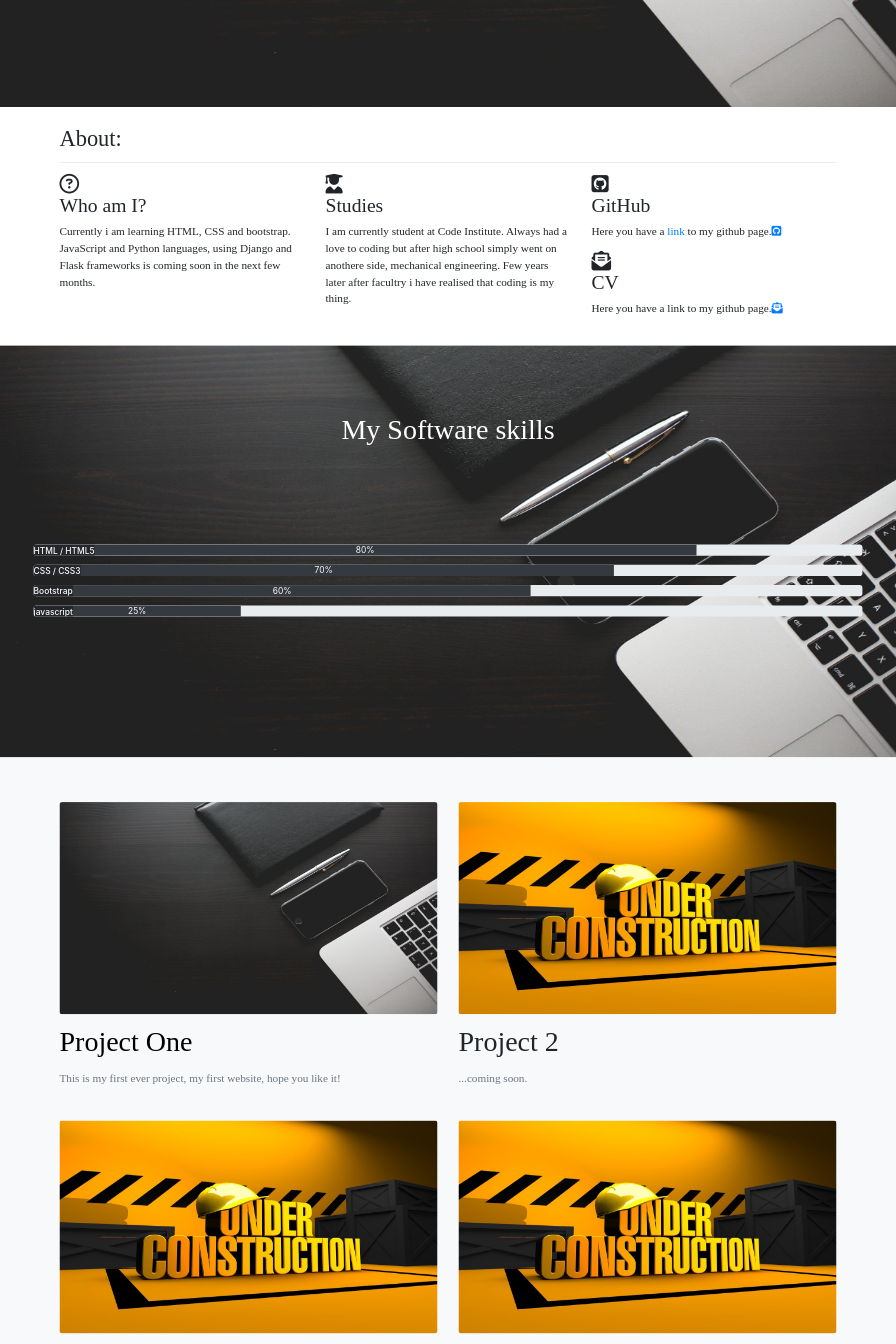
Repository: Kraljiccar/User-Centric-Frontend-Development-Milestone-Project
Page: index.html
The author's editor kept a record of every edit. The page is drawn from the files as they stood at one moment, then again after the next edit.
The browser window is 1280 px wide. The pictures show the part of the page from y = 567 to 2487 px (the page is 3403 px tall), at 70% of full size.
Backgrounds fixed to the window are drawn as part of the page. Some web fonts or font styles are not loaded; a fallback is used. Some web libraries are served in a nearby version.

Above is the page before.

### index.html
<!DOCTYPE html>
<html lang="en-US">

<head>
    <meta charset="UTF-8">
    <meta name="viewport" content="width=device-width, initial-scale=1.0">
    <meta http-equiv="X-UA-Compatible" content="ie=edge">
    <link rel="stylesheet" href="./assets/css/style.css" type="text/css" />
    <script src="https://kit.fontawesome.com/34f2385a53.js" crossorigin="anonymous"></script>
    <link rel="stylesheet" href="https://stackpath.bootstrapcdn.com/bootstrap/4.3.1/css/bootstrap.min.css" integrity="sha384-ggOyR0iXCbMQv3Xipma34MD+dH/1fQ784/j6cY/iJTQUOhcWr7x9JvoRxT2MZw1T" crossorigin="anonymous">
    <link rel="stylesheet" href="https://stackpath.bootstrapcdn.com/font-awesome/4.7.0/css/font-awesome.min.css" type="text/css" />

    <title>Nemanja Kraljic</title>
</head>

<body data-spy="scroll" data-target="#navbarResponsive">
    <nav class="navbar navbar-expand-sm transparent navbar-dark p-2 fixed-top">
        <div class="container">
  <button class="navbar-toggler" type="button" data-toggle="collapse" data-target="#navbarTogglerDemo03" aria-controls="navbarTogglerDemo03" aria-expanded="false" aria-label="Toggle navigation">
    <span class="navbar-toggler-icon"></span>
  </button>


  <div class="collapse navbar-collapse justify-content-end  " id="navbarTogglerDemo03">

    <ul class="nav navbar-nav navbar-right">
      <li class="nav-item">
        <a class="nav-link" href="#banner">Home <span class="sr-only">(current)</span></a>
      </li>
      <li class="nav-item">
        <a class="nav-link" href="#about-me">About me</a>
      </li>
       <li class="nav-item">
        <a class="nav-link" href="#skills">My skills</a>
      </li>
       <li class="nav-item">
        <a class="nav-link" href="#projects">My projects</a>
      </li>
       <li class="nav-item">
        <a class="nav-link" href="#contact">Contact me</a>
      </li>

    </ul>
    </div>
  </div>
</nav>
    <section id="banner">
        <div class="container">
            <div class="row max-viewport align-items-center text-center">
                <div class="col-md-6 ">
                    <h1 class="text-white text-uppercase fonts">Nemanja Kraljic</h1>
                    <h3 class="text-white fonts">-Software developer-</h2>

                </div>
            </div>
        </div>
    </section>
    <!-----about me----->
    <section id="about-me">
        <div class="container-wrapper fonts">
    <div class="container features-container content-container">
        <section class="about">
            <div class="row">
                <div class="col-12 page-header">
                    <h2>About:</h2>
                    <hr class="block-devider block-devider-short block-devider--white">
                </div>
            </div>
            <div class="row">
                <div class="col-12 col-md-4 col-lg-4">
                    <div class="feature">
                        <h3><i class="far fa-question-circle d-none d-sm-block"> </i>Who am I?</h3>
                       <p>Currently i am learning HTML, CSS and bootstrap. JavaScript and Python languages, using Django and Flask frameworks is coming soon in the next few months.</p>
                    </div>
                </div>
                <div class="col-12 col-md-4 col-lg-4">
                    <div class="feature">
                        <h3><i class="fas fa-user-graduate d-none d-sm-block"> </i>Studies</h3>
                         <p>I am currently student at Code Institute. Always had a love to coding but after high school simply went on anothere side, mechanical engineering. Few years later after facultry i have realised that coding is my thing.</p>


                    </div>
                </div>
                <div class="col-12 col-md-4 col-lg-4">
                    <div class="feature">
                        <h3><i class="fab fa-github-square d-none d-sm-block"> </i>GitHub</h3>
                        <p>Here you have a <a href="https://github.com/Kraljiccar" target="_blank">link</a> to my github page.<span><a href="https://github.com/Kraljiccar" target="_blank"><i class="fab fa-github-square"></i></a></span></p>

                        <h3><i class="fas fa-envelope-open-text d-none d-sm-block"> </i>CV</h3>
                        <p>Here you have a link to my github page.<span><a href="https://github.com/Kraljiccar" target="_blank"><i class="fas fa-envelope-open-text "></i></a></span></p>

                    </div>
                </div>
            </div>

    </div>
    </div>
    </section>
    <!-----skills---->
    <section id="skills" class="p-5">
        <div class="naslov fonts">
            <h1 class="mb-5 mt-5"> My Software skills</h1>
        </div>
       <div class="row progress-section">
                    <div class="col">
                        <div class="progress" >
                            <div class="progress-bar bg-dark" role="progressbar" aria-valuenow="80" aria-valuemin="0" aria-valuemax="100" style="width:80%;">
                                <span class="sl-only">80% </span>
                            </div>
                            <span class="progress-type">HTML / HTML5</span>
                        </div>
                        <div class="progress">
                            <div class="progress-bar bg-dark" role="progressbar" aria-valuenow="70" aria-valuemin="0" aria-valuemax="100" style="width:70%;">
                                <span class="sl-only">70% </span>
                            </div>
                            <span class="progress-type">CSS / CSS3</span>
                        </div>
                        <div class="progress">
                            <div class="progress-bar bg-dark" role="progressbar" aria-valuenow="60" aria-valuemin="0" aria-valuemax="100" style="width:60%;">
                                <span class="sl-only">60%</span>
                            </div>
                            <span class="progress-type">Bootstrap</span>
                        </div>
                        <div class="progress">
                            <div class="progress-bar bg-dark" role="progressbar" aria-valuenow="25" aria-valuemin="0" aria-valuemax="100" style="width:25%;">
                                <span class="sl-only">25% </span>
                            </div>
                            <span class="progress-type">javascript</span>
                        </div>

                    </div>
                </div>
</div>
</div>
    </section>

    <section id="projects" class="p-5 bg-light">
        <div class="container fonts">
            <div class="row">
                <div class="col-sm-6 my-3" >
                  <a class="project-link" href="#banner">  <img src="assets/images/office.jpg" alt="#" class="img-fluid rounded" alt="picture">
                    <h1 class="my-3">Project One</h1>
                    <p class="text-muted">This is my first ever project, my first website, hope you like it!</p>
               </a>
                </div>
                <div class="col-sm-6 my-3">
                    <img src="assets/images/under-construction.jpg" alt="#" class="img-fluid rounded" alt="picture">
                    <h1 class="my-3">Project 2</h1>
                    <p class="text-muted">...coming soon.</p>
                </div>
                <div class="col-sm-6 my-3">
                    <img src="assets/images/under-construction.jpg" alt="#" class="img-fluid rounded" alt="picture">
                    <h1 class="my-3">Project #</h1>
                    <p class="text-muted">...coming soon.</p>
                </div>
                <div class="col-sm-6 my-3">
                    <img src="assets/images/under-construction.jpg" alt="#" class="img-fluid rounded" alt="picture">
                    <h1 class="my-3">Project 4</h1>
                    <p class="text-muted">...coming soon.</p>
                </div>


            </div>
        </div>
    </section>
    <section id="contact">
        <div class="container fonts">
            <div class="row justify justify-content-center">
                <div class="col-11 col-md-8 col-lg-6 col-xl-5">
                    <form class="">
                        <div class="card bg-transparent">
                            <div class="row mt-0">
                                <div class="col-md-12 ">
                                    <h4 class="">Contact Me</h4>
                                    <p>Feel free to contact me if you have any projects or job for me.</p>
                                </div>
                            </div>
                            <div class="form-group row mb-3">
                                <div class="col-md-12 mb-0">
                                    <p class="mb-1">Email</p> <input id="e-mail" type="text" placeholder="Enter your email" name="email" class="form-control input-box rm-border">
                                </div>
                            </div>
                            <div class="form-group row">
                                <div class="col-md-12 mb-2">
                                    <p class="mb-1">Message</p> <textarea id="message" type="text" placeholder="Enter your message" name="message" class="form-control input-box rm-border"></textarea>
                                </div>
                            </div>
                            <div class="form-group row justify-content-center mb-0">
                                <div class="col-md-12 px-3"> <input type="submit" value="Send" class="btn btn-block btn-dark rm-border"> </div>
                            </div>
                        </div>
                    </form>
                </div>
            </div>
        </div>
    </section>
    <section id="footer" class="p-2 bg-dark">
        <div class="container">
            <div class="row">
                <div class="col text-center">
                    <h4 class="text-white text-capiralize">&copy;Copyright Kraljic 2019</h4>
                </div>
            </div>
        </div>

    </section>
    <!-----Script---->
    <script src="https://code.jquery.com/jquery-3.3.1.slim.min.js" integrity="sha384-q8i/X+965DzO0rT7abK41JStQIAqVgRVzpbzo5smXKp4YfRvH+8abtTE1Pi6jizo" crossorigin="anonymous"></script>
    <script src="https://cdnjs.cloudflare.com/ajax/libs/popper.js/1.14.7/umd/popper.min.js" integrity="sha384-UO2eT0CpHqdSJQ6hJty5KVphtPhzWj9WO1clHTMGa3JDZwrnQq4sF86dIHNDz0W1" crossorigin="anonymous"></script>
    <script src="https://stackpath.bootstrapcdn.com/bootstrap/4.3.1/js/bootstrap.min.js" integrity="sha384-JjSmVgyd0p3pXB1rRibZUAYoIIy6OrQ6VrjIEaFf/nJGzIxFDsf4x0xIM+B07jRM" crossorigin="anonymous"></script>
</body>

</html>

### assets/css/style.css
@import url('https://fonts.googleapis.com/css?family=Calistoga&display=swap');

body {
 font-family: 'Calistoga', cursive;

  margin: 0;
  padding: 0;
}

.transparent {
  background-color: rgba(0, 0, 0, 0.6);
}

/*---------------------------------------------Home */

.fonts {
  font-family: 'Calistoga', cursive;
}

.max-viewport {
  min-height: 100vh;
}


#banner,
#skills {
  background: url("../images/office.jpg"), linear-gradient(rgba(179, 179, 179, 1), rgba(247, 247, 247, 1));
  background-attachment: fixed;
  background-position: center center;
  background-repeat: no-repeat;
  background-size: cover;


}
.h3sd {
  text-decoration: underline;
}
/*---------------------------------------------About me */

.container-wrapper {

  margin-top: 25px;
  margin-bottom: 25px;
}
/*---------------------------------------------My skills */
.naslov {
  color: #fff;
}

.naslov h1 {
  text-align: center;
}

.progress {
  position: relative;
  height: 25px;
  margin-bottom: 13px;
}

.progress-type {
  position: absolute;
  left: 0px;
  font-weight: 500;
  color: #fafafa;
  background-color: rgba(25, 25, 25, 0.6);

}

.progress-section {
  margin: 140px 20px;
  background-color: transparent;

}

/*---------------------------------------------My projects */

.img-fluid {
  width: 100%;
  height: 20%;
  background-position: center;
  background-size: cover;
  background-repeat: no-repeat;

}

.project-link {
  color: black;
}

.img-fluid:hover {
  transform: translateY(-50px), translatex(-50px);
  box-shadow: 0 15px 35px rgba(0, 0, 0, 0.9);
}



.project-link:hover {
  color: grey;
}

/*---------------------------------------------Contact me */

#contact {
  width: 100%;
  height: 95vh;
  background-image: url(../images/keyboard.jpg);
  background-position: center center;
  background-size: cover;
  background-attachment: fixed;
}

.box {
  margin: auto
}

.card {
  padding: 8%;
  padding-top: 35px;
  margin-top: 60px;
  margin-bottom: 80px
}

textarea[name="message"] {
  resize: none
}

#e-mail {
  height: 45px
}

#message {
  height: 120px
}

input.input-box,
textarea.input-box {
  background-color: #fff;
  border: #616161;
  color: #000;
}

input.input-box:focus,
textarea.input-box:focus {
  background-color: #F5F5F5;
  color: #000;
}

.rm-border:focus {
  border-color: inherit;
  -webkit-box-shadow: none;
  box-shadow: none
}

form .form-control::-webkit-input-placeholder {
  color: #9E9E9E
}


/*---------------------------------------------footer */

#footer{
  margin-bottom: 0;
  background: fixed;
}

After the next edit:
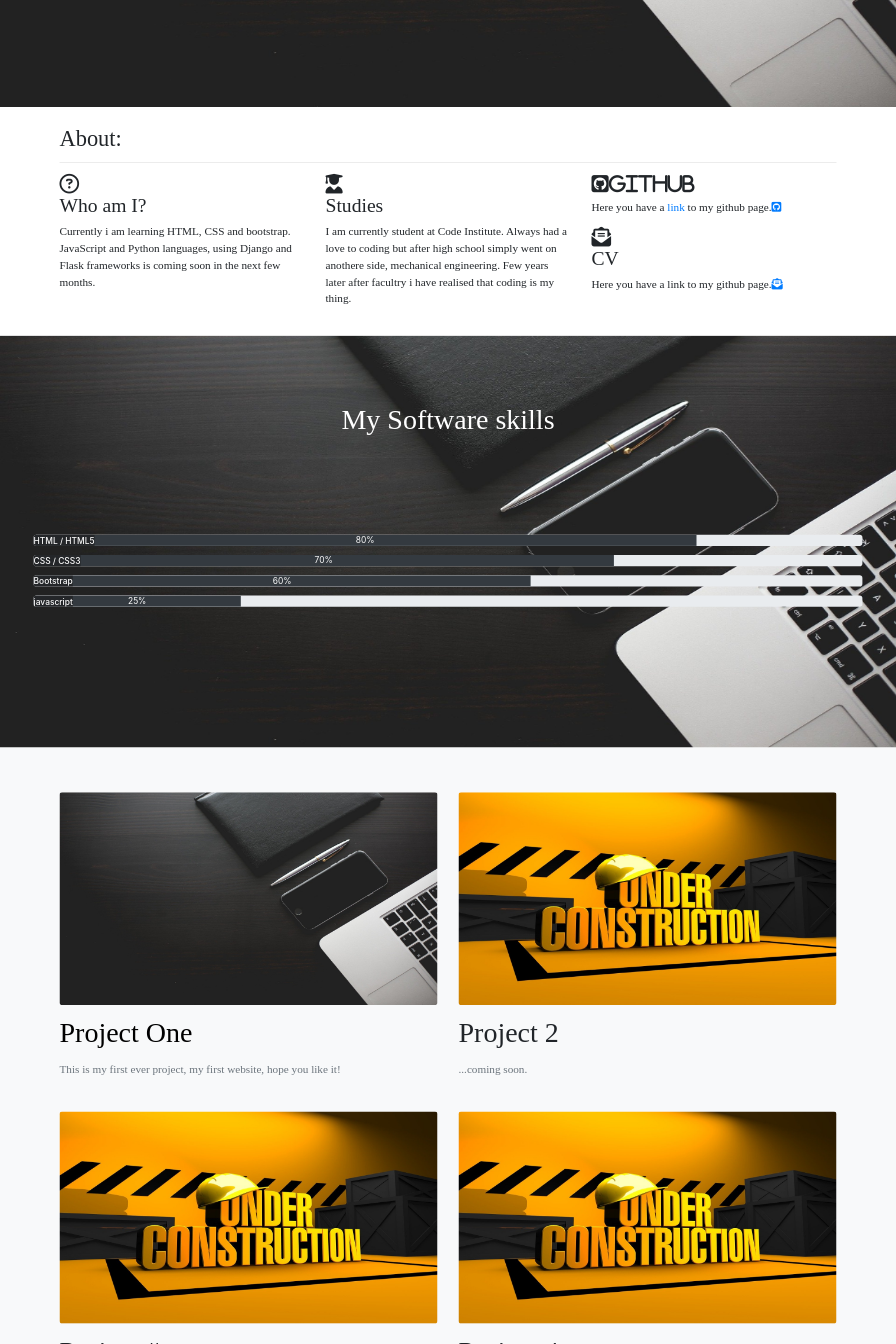
The edit:
--- a/index.html
+++ b/index.html
@@ -83,7 +83,7 @@
                 </div>
                 <div class="col-12 col-md-4 col-lg-4">
                     <div class="feature">
-                        <h3><i class="fab fa-github-square d-none d-sm-block"> </i>GitHub</h3>
+                        <h3><i class="fab fa-github-square d-none d-sm-block">GitHub </i></h3>
                         <p>Here you have a <a href="https://github.com/Kraljiccar" target="_blank">link</a> to my github page.<span><a href="https://github.com/Kraljiccar" target="_blank"><i class="fab fa-github-square"></i></a></span></p>
 
                         <h3><i class="fas fa-envelope-open-text d-none d-sm-block"> </i>CV</h3>
